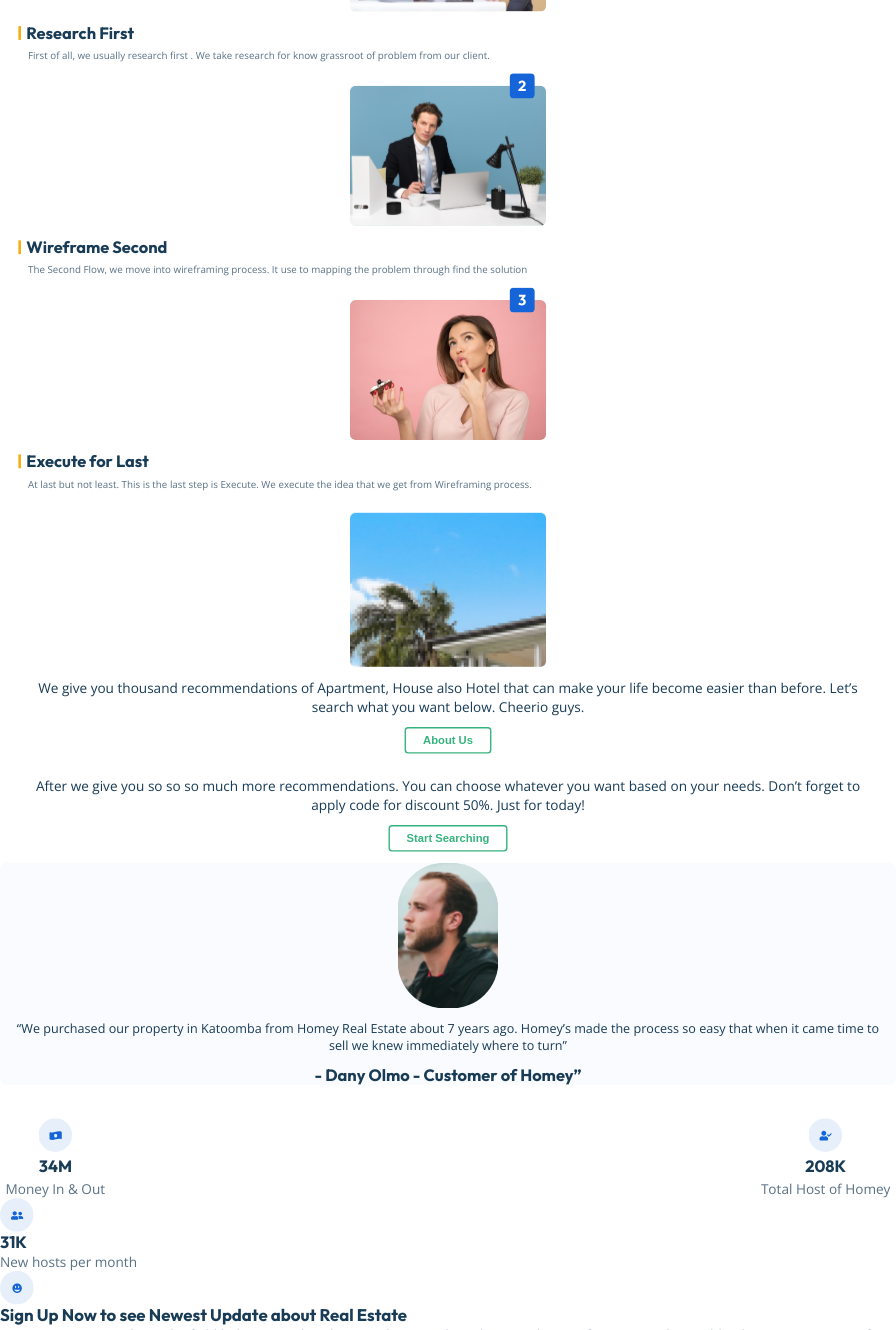
Repository: gustavoRichardt/prova-front
Page: index.html
An editor plug-in stored every save of this project. The page is shown before and after the next save, followed by the edit.
The browser window is 1280 px wide. The pictures show the part of the page from y = 2902 to 4802 px (the page is 5689 px tall before and 5717 px after), at 70% of full size.
A picture or video elsewhere on the page could not be fetched, so the positions and the page height are approximate.

Above is the page before, as saved 2026-09-01 15:05:27.

### index.html
<!DOCTYPE html>
<html lang="en">
<head>
    <meta charset="UTF-8">
    <meta name="viewport" content="width=device-width, initial-scale=1.0">
    <link rel="stylesheet" href="./style.css">


    <link rel="preconnect" href="https://fonts.googleapis.com">
<link rel="preconnect" href="https://fonts.gstatic.com" crossorigin>
<link href="https://fonts.googleapis.com/css2?family=Newsreader:ital,opsz,wght@0,6..72,200..800;1,6..72,200..800&family=Outfit:wght@100..900&family=Plus+Jakarta+Sans:ital,wght@0,200..800;1,200..800&family=Space+Grotesk:wght@300..700&display=swap" rel="stylesheet">


    <link rel="preconnect" href="https://fonts.googleapis.com">
<link rel="preconnect" href="https://fonts.gstatic.com" crossorigin>
<link href="https://fonts.googleapis.com/css2?family=Open+Sans:ital,wght@0,300..800;1,300..800&display=swap" rel="stylesheet">

<title>Document</title>
</head>
<body>

    <!--Cabeçalho-->

    <header class="cabecalho">
        <img src="imagens/logo.svg" alt="Logo da EHYA.">
        <img src="imagens/menu-hamburguer.svg" alt="Menu hambúrguer.">
    </header>

<main>

    <!--Hero-->

    <section class="hero">

        <h1>Best Real Estate Advice for Your Homey</h1>
        <p>We give you thousand recommendations of Apartment,
           House also Hotel that can make your life become easier than before. Let’s search what you want below</p>

            <!--Bloco de Pesquisa-->

            <div class="bloco-pesquisa">

            <div class="lupa-titulo">
                <img src="imagens/lupa-pesquisa.svg" alt="Lupa de pesquisa.">
                <p>Search City, Adress, or Country</p>
            </div>
                <button class="search-now">Search Now</button>
            </div>

        <div class="imagem-casa-hero">
            <img src="imagens/casa-hero.png" alt="Casa moderna na cor branca.">

            <h3>Don’t worry to Fail. We have Experienced with Big Company’s</h3>

        <!--Conjunto de Logos 1-->

        <div class="conjunto-logos1">
            <img src="imagens/logo-slack.svg" alt="Logo da Slack.">
            <img src="imagens/logo-netflix.svg" alt="Logo da Netflix.">
        </div>

        <!--Conjunto de Logos 2-->

        <div class="conjunto-logos2">
            <img src="imagens/logo-fitbit.svg" alt="Logo da Fitbit">
            <img src="imagens/logo-google.svg" alt="Logo do Google.">
        </div>

        <!--Conjunto de Logos 3-->

        <div class="conjunto-logos3">
            <img src="imagens/logo-airbnb.svg" alt="Logo da Airbnb.">
            <img src="imagens/logo-uber.svg" alt="Logo do Uber.">
        </div>
    </section>

        <!--Underline-->

            <div class="underline">
                <img src="imagens/traço-divisao.svg" alt="Underline usado para realizar a divisão das sessões quando necessário.">
            </div>

            <!--About Us-->

    <section class="about-us">

        <div class="about-us-introducao">
            <h3>ABOUT US</h3>
            <h2>Buying or Rent Homey it’s Very Easy. Just like Click, Search & Find </h2>
            <img src="imagens/casa-about-us.svg" alt="Casa minimalista na cor branca.">
        </div>


        <!--Digital Era-->

        <div class="digital-era">
            <h2>We live on Digital Era. We can help you in Our Expertise about Homey</h2>
            <p>Listing more than one? Enjoy full control over your advertisements, manage your entire space.
                Once you list a property on our platform, you only have to sit back and watch the world want it.</p>
        </div>

        <p>If you’re looking for a real estate service that will operate as an extension to your family - stay with us and see!</p>


        <!--Player e See How We Works-->

    <div class="about-us-veja">
        <img src="imagens/player.svg" alt="Símbolo de um player azul
        (como aqueles para continuar um vídeo no Youtube enquanto o mesmo está pausado).">

        <h3>See How We Works</h3>
        <img src="imagens/seta.svg" alt="Símbolo de uma seta azul.">
    </div>

    <!--Parte da Casa Verde-->

    <div class="about-us-casa-verde">
        <img src="imagens/casa-verde-about-us.svg" alt="Foto de um prédio de madeira na cor verde.">
        <h2>Transparent Commission and Payment under Our Trusted License</h2>
        <p>When your Homey Sold, Buyed or Booked with New Guests. You may to have 50% Commission based on Budget Deals.
           So, Don’t Worry brother :)</p>
    </div>

    <!--Lista de Benefícios-->

        <ul>
            <li>
                <img src="imagens/simbolo-check.svg" alt="Símbolo de check na cor verde.">
                <a>100% Trusted</a>
            </li>

            <li>
                <img src="imagens/simbolo-check.svg" alt="Símbolo de check na cor verde.">
                <a>Indomaret Support</a>
            </li>

            <li>
                <img src="imagens/simbolo-check.svg" alt="Símbolo de check na cor verde.">
                <a>LinkAja or Ovo. Bebas</a>
            </li>

            <li>
                <img src="imagens/simbolo-check.svg" alt="Símbolo de check na cor verde.">
                <a>Customer Support 24/7</a>
            </li>

            <li>
                <img src="imagens/simbolo-check.svg" alt="Símbolo de check na cor verde.">
                <a>Get paid quickly</a>
            </li>
        </ul>
    </section>

    <!--Seção How Us Work-->

    <section class="how-us-work">

    <div class="how-us-work-introducao">

        <h2>Do you want to know, How Us Work?</h2>
        <p>Let me show you the flow of our work. We want to transparent to you.
            We believe, you must know what we work for you. We want to educate you what you face today.</p>
    </div>

    <!--Card 1-->

    <div class="how-us-work-passo1">

        <img src="imagens/passo1-how-us-work.svg" alt="Pessoas em volta de um notebook pesquisando sobre um projeto.
        Com um card com o número 1 acima da imagem, simbolizando o primeiro passo.">
    </div>

        <div class="marcador-titulo-passo1">
            <img src="imagens/marcador-amarelo.svg" alt="Marcador amarelo.">
            <h3>Research First</h3>
        </div>

    <div class="p-passo1">
        <p>First of all, we usually research first . We take research for know grassroot of problem from our client.</p>
    </div>

    <!--Card 2-->

    <div class="how-us-work-passo2">

        <img src="imagens/passo2-how-us-work.svg" alt="Homem sentado em sua mesa de trabalho olhando para o horizonte em busca de soluções.
        Com um card com o número 2 acima da imagem, simbolizando o segundo passo.">
    </div>

        <div class="marcador-titulo-passo2">
            <img src="imagens/marcador-amarelo.svg" alt="Marcador amarelo.">
            <h3>Wireframe Second</h3>
        </div>

    <div class="p-passo2">
        <p>The Second Flow, we move into wireframing process. It use to mapping the problem through find the solution</p>
    </div>

    <!--Card 3-->

    <div class="how-us-work-passo3">

        <img src="imagens/passo3-how-us-work.svg" alt="Mulher comendo um doce, simbolizando a etapa final do processo.
         Com um card com o número 3 acima da imagem, simbolizando o terceiro passo.">
    </div>

         <div class="marcador-titulo-passo3">
            <img src="imagens/marcador-amarelo.svg" alt="Marcador amarelo.">
            <h3>Execute for Last</h3>
         </div>

    <div class="p-passo3">
         <p>At last but not least. This is the last step is Execute. We execute the idea that we get from Wireframing process.</p>
    </div>

    <div class="recomendacoes">
        <div class="imagem-recomendacoes">
            <img src="imagens/casa-how-us-work.png" alt="Casa de madeira com dois andares na cor branca.">
        </div>
            <p>We give you thousand recommendations of Apartment, House also Hotel that can make your life become easier than before.
                Let’s search what you want below. Cheerio guys.</p>
    </div>

    <!--Botão About Us-->

    <div class="how-us-work-about-us">
        <button class="button-about-us">About Us</button>

        <p>After we give you so so so much more recommendations.
            You can choose whatever you want based on your needs. Don’t forget to apply code for discount 50%. Just for today!</p>
    </div>

    <!--Botão Start Searching-->

        <button class="start-searching">Start Searching</button>
    </section>

    <!--Dany Olmo-->

    <section class="dany-olmo">

        <img src="imagens/dany-olmo.svg" alt="Foto de rosto de Dany Olmo, Cliente da Homey.">
        <p>“We purchased our property in Katoomba from Homey Real Estate about 7 years ago.
            Homey’s made the process so easy that when it came time to sell we knew immediately where to turn”</p>

        <h3>- Dany Olmo - Customer of Homey”</h3>
    </section>

    <section class="dados">

        <!--Dados-->

    <div class="conjunto-dados1">
        <div class="dinheiro">

            <img src="imagens/dinheiro.svg" alt="Desenho de uma nota de dinheiro.">
            <h3>34M</h3>
            <p>Money In & Out</p>
        </div>

        <div class="total-hospedeiros">

            <img src="imagens/total-hospedeiros.svg" alt="Desenho de uma pessoa com um símbolo de chech do lado.">
            <h3>208K</h3>
            <p>Total Host of Homey</p>
        </div>
    </div>

        <div class="novos-hospedeiros">

            <img src="imagens/novos-hospedeiros.svg" alt="Duas pessoas lado a lado.">
            <h3>31K</h3>
            <p>New hosts per month</p>
        </div>

        <div class="clientes-felizes">

            <img src="imagens/clientes-felizes.svg" alt="Desenho de uma carinha com um sorriso.">
        </div>
    </section>

    <!--Cadastre-se-->

    <section class="cadastre-se">

        <h2>Sign Up Now to see Newest Update about Real Estate</h2>
        <p>Just insert your email into the field below. You already can to know update about Real Estate from entire the world.
            What are you waiting for?</p>

        <button class="email">
            <p>Your email</p>
            <img src="imagens/email.svg" alt="Símbolo da caixa de entrada do email.">
        </button>

        <p>You can Unsubsribe anytime when you feels our notif is diturbing</p>
    </section>

</main>

    <footer class="rodape">

        <!--Rodapé-->

        <ul class="rodape-product">
            <p>Product</p>
            <li><a>Landingpage</a></li>
            <li><a>Features</a></li>
            <li><a>Documentation</a></li>
            <li><a>Referral Program</a></li>
            <li><a>Pricing</a></li>
        </ul>

        <ul class="rodape-services">
            <p>Services</p>
            <li><a>Documentation</a></li>
            <li><a>Design</a></li>
            <li><a>Themes</a></li>
            <li><a>Illustrations</a></li>
            <li><a>UI Kit</a></li>
        </ul>

        <ul class="rodape-company">
            <p>Company</p>
            <li><a>About</a></li>
            <li><a>Terms</a></li>
            <li><a>Privacy Policy</a></li>
            <li><a>Careers</a></li>
        </ul>

        <ul class="rodape-more">
            <p>More</p>
            <li><a>Documentation</a></li>
            <li><a>License</a></li>
            <li><a>Changelog</a></li>
        </ul>

        <!--Final do Rodapé-->

        <img src="imagens/logo.svg" alt="Logo da EHYA.">
        <p>Build a modern and creative website with crealand</p>
        <img src="imagens/logo-redes-sociais.svg">

    </footer>

</body>
</html>

### style.css
*{
    box-sizing: border-box;
    margin: 0;
    padding: 0;
}

html, body {
    width: 100%;
    max-width: 100vw;
    overflow-x: hidden;
}

img {
    max-width: 100%;
    height: auto;
    display: block;
}

h1 {
    font-family: "Outfit", sans-serif;
    color: #183B56;
    text-align: center;
    margin-top: 3rem;
    margin-bottom: 2rem;

    font-size: clamp(2rem, 1.5714rem + 2.1429vw, 3.5rem);
}

h2 {
    color: #183B56;
    font-family: "Outfit", sans-serif;
}

h3 {
    font-family: "Outfit", sans-serif;
    color: #183B56;

    font-size: clamp(1.25rem, 1.1786rem + 0.3571vw, 1.5rem);
}

p {
    font-family: "Open Sans", sans-serif;
    color: #5A7184;

    font-size: clamp(1rem, 0.9286rem + 0.3571vw, 1.25rem);
}

/*Cabeçalho*/

.cabecalho {
    display: flex;
    justify-content: space-between;
    margin: 1rem;
}

/*Hero*/

.hero p {
    margin-left: 1rem;
    margin-right: 1rem;
    text-align: center;
}

.bloco-pesquisa {
    border-radius: 10px;
    background-color: white;
}

.lupa-titulo {
    display: flex;
    margin-top: 2rem;
    justify-content: center;
}

.search-now {
    background-color: #1565D8;
    color: white;
    display: block;
    margin: 0 auto;
    border: none;
    border-radius: 5px;
    margin-top: 1rem;
    margin-bottom: 1rem;

    font-size: clamp(1rem, 0.9643rem + 0.1786vw, 1.125rem);

    padding-top: 1rem;
    padding-bottom: 1rem;
    padding-left: 6rem;
    padding-right: 6rem;
}

.hero h3 {
    margin-left: 1rem;
    margin-right: 1rem;
    margin-bottom: 2rem;
    margin-top: 2rem;

    text-align: center;
}

.conjunto-logos1 {
    display: flex;
    gap: 3rem;
    justify-content: space-around;
    margin-left: 1rem;
    margin-right: 1rem;
    margin-bottom: 2rem;

}

.conjunto-logos2 {
    display: flex;
    gap: 3rem;
    justify-content: space-around;
    margin-left: 1rem;
    margin-right: 1rem;
    margin-bottom: 2rem;
}

.conjunto-logos3 {
    display: flex;
    gap: 3rem;
    justify-content: space-around;
    margin-left: 1rem;
    margin-right: 1rem;
    margin-bottom: 2rem;
}

.underline {
    margin-top: 2rem;
    margin-bottom: 3rem;
    display: flex;
    justify-content: center;
}

/*About Us*/

.about-us-introducao h3 {
    color: #36B37E;
    display: flex;
    justify-content: center;
    margin-bottom: 1rem;

    text-align: center;

    font-size: clamp(0.875rem, 0.875rem + 0vw, 0.875rem);
}

.about-us-introducao h2 {
    font-size: clamp(1.75rem, 1.6071rem + 0.7143vw, 2.25rem);
    font-family: "Outfit", sans-serif;
    color: #183B56;
    text-align: center;
    margin-bottom: 1rem;
    margin-left: 1rem;
    margin-right: 1rem;

    font-weight: 400;
}

.about-us-introducao img {
    display: block;
    margin: 0 auto;
    margin-bottom: 2rem;
}

.digital-era h2 {
    font-size: clamp(1.5rem, 1.3571rem + 0.7143vw, 2rem);

    text-align: center;
    margin-left: 1.25rem;
    margin-right: 1.25rem;
    margin-bottom: 2rem;
}

.digital-era p {
    margin-bottom: 1rem;
    text-align: center;
}

.about-us p {
    text-align: center;
    margin-left: 1.5rem;
    margin-right: 1.5rem;
}

.about-us-veja {
    display: flex;
    justify-content: center;
    margin-top: 1rem;
    margin-bottom: 3rem;
    gap: 0.5rem;
}

.about-us-veja h3 {
    margin-top: 0.3rem;
    color:#1565D8;
    text-align: center;
}

.about-us-casa-verde img {
    display: block;
    margin: 0 auto;
}

.about-us-casa-verde h2 {
    text-align: center;
    margin-top: 2rem;
    margin-bottom: 1rem;
}

.about-us-casa-verde p {
    margin-left: 1.25rem;
    margin-right: 1.25rem;

    margin-bottom: 2rem;
}

.about-us ul {
    font-family: "Open Sans", sans-serif;
    color: #183B56;
    text-decoration: none;
    font-size: clamp(1rem, 1rem + 0vw, 1rem);
}

.about-us li {
    display: flex;
    justify-content: center;
    margin-bottom: 1rem;
    gap: 0.5rem;
}

/*How Us Work*/

.how-us-work h2 {
    font-size: clamp(1.75rem, 1.6071rem + 0.7143vw, 2.25rem);
    text-align: center;
    margin-bottom: 1rem;
}

.how-us-work p {
    color: #183B56;
    margin-left: 1.25rem;
    margin-right: 1.25rem;
    text-align: center;

    margin-bottom: 1rem;
}

/*Card 1*/

.how-us-work-passo1 img {
    display: block;
    margin: 0 auto;
}

.marcador-titulo-passo1 {
    display: flex;
    gap: 0.5rem;

    margin-top: 1rem;
    margin-bottom: 0.5rem;
    margin-left: 1.6rem;
}

.p-passo1 p {
    text-align: left;
    margin-left: 2.5rem;
    font-size: clamp(0.875rem, 0.875rem + 0vw, 0.875rem);
    color: #5A7184;
}

/*Card 2*/

.how-us-work-passo2 img {
    display: block;
    margin: 0 auto;
}

.marcador-titulo-passo2 {
    display: flex;
    gap: 0.5rem;

    margin-top: 1rem;
    margin-bottom: 0.5rem;
    margin-left: 1.6rem;
}

.p-passo2 p {
    text-align: left;
    margin-left: 2.5rem;
    font-size: clamp(0.875rem, 0.875rem + 0vw, 0.875rem);
    color: #5A7184;
}

/*Card 3*/

.how-us-work-passo3 img {
    display: block;
    margin: 0 auto;
}

.marcador-titulo-passo3 {
    display: flex;
    gap: 0.5rem;

    margin-top: 1rem;
    margin-bottom: 0.5rem;
    margin-left: 1.6rem;
}

.p-passo3 p {
    text-align: left;
    margin-left: 2.5rem;
    margin-bottom: 2rem;
    font-size: clamp(0.875rem, 0.875rem + 0vw, 0.875rem);
    color: #5A7184;
}

.recomendacoes img {
    display: block;
    margin: 0 auto;
    margin-bottom: 1rem;
}

.recomendacoes p {
    margin-left: 1.5rem;
    margin-right: 1.5rem;
}

.button-about-us {
    border-radius: 5px;
    border: 2px solid #36B37E;
    background-color: white;
    color: #36B37E;
    font-weight: bolder;

    padding-left: 1.5rem;
    padding-right: 1.5rem;
    padding-bottom: 0.5rem;
    padding-top: 0.5rem;

    font-size: 16px;

    display: block;
    margin: 0 auto;
}

.how-us-work-about-us p {
    margin-top: 2rem;
    margin-left: 1.75rem;
    margin-right: 1.75rem;
}

.start-searching {
    border-radius: 5px;
    border: 2px solid #36B37E;
    background-color: white;
    color: #36B37E;
    font-weight: bolder;

    padding-left: 1.5rem;
    padding-right: 1.5rem;
    padding-bottom: 0.5rem;
    padding-top: 0.5rem;

    font-size: 16px;

    display: block;
    margin: 0 auto;
    margin-bottom: 1rem;
}

/*Dany Olmo*/

.dany-olmo {
    border-radius: 10px;
    background-color: #F9FBFE;
}

.dany-olmo img {
    display: block;
    margin: 0 auto;
    margin-bottom: 1rem;
}

.dany-olmo p {
    margin-left: 1.5rem;
    margin-right: 1.5rem;
    margin-bottom: 1rem;

    color: #183B56;
    font-size: 18px;
    font-weight: 350;
    text-align: center;
}

.dany-olmo h3 {
    text-align: center;
}

/*Dados*/

/*Dinheiro e Hospedeiros*/

.dinheiro {
    margin-top: 3rem;
    display: flex;
    flex-direction: column;
    gap: 5px;
    align-items: center;
}

.dinheiro img {
    width: 48px;
    height: 48px;
}

.dinheiro h3 {
    font-size: ;
}

.total-hospedeiros {
    margin-top: 3rem;
    display: flex;
    flex-direction: column;
    gap: 5px;
    align-items: center;
}

.total-hospedeiros img {
    width: 48px;
    height: 48px;
}

.conjunto-dados1 {
    display: flex;
   justify-content: space-between;
   margin-left: 0.5rem;
   margin-right: 0.5rem;
}

### imagens/menu-hamburguer.svg
<svg width="24" height="24" viewBox="0 0 24 24" fill="none" xmlns="http://www.w3.org/2000/svg">
<path d="M21.9102 18.4971C22.5121 18.4972 23 18.9893 23 19.5967C23 20.2041 22.5121 20.6962 21.9102 20.6963H2.08984C1.48792 20.6962 1 20.2041 1 19.5967C1.00002 18.9893 1.48793 18.4972 2.08984 18.4971H21.9102ZM21.9102 10.748C22.5121 10.7482 23 11.2412 23 11.8486C22.9999 12.4559 22.512 12.9481 21.9102 12.9482H2.08984C1.48801 12.9481 1.00014 12.4559 1 11.8486C1 11.2412 1.48792 10.7482 2.08984 10.748H21.9102ZM21.9102 3C22.512 3.00013 22.9998 3.49236 23 4.09961C23 4.70704 22.5121 5.20006 21.9102 5.2002H2.08984C1.48792 5.20006 1 4.70704 1 4.09961C1.00021 3.49236 1.48805 3.00013 2.08984 3H21.9102Z" fill="#3A4C66"/>
</svg>

### imagens/lupa-pesquisa.svg
<svg width="19" height="19" viewBox="0 0 19 19" fill="none" xmlns="http://www.w3.org/2000/svg">
<path d="M17.7539 15.5742L14.2383 12.0586C14.0625 11.918 13.8516 11.8125 13.6406 11.8125H13.0781C14.0273 10.582 14.625 9.03516 14.625 7.3125C14.625 3.30469 11.3203 0 7.3125 0C3.26953 0 0 3.30469 0 7.3125C0 11.3555 3.26953 14.625 7.3125 14.625C9 14.625 10.5469 14.0625 11.8125 13.0781V13.6758C11.8125 13.8867 11.8828 14.0977 12.0586 14.2734L15.5391 17.7539C15.8906 18.1055 16.418 18.1055 16.7344 17.7539L17.7188 16.7695C18.0703 16.4531 18.0703 15.9258 17.7539 15.5742ZM7.3125 11.8125C4.81641 11.8125 2.8125 9.80859 2.8125 7.3125C2.8125 4.85156 4.81641 2.8125 7.3125 2.8125C9.77344 2.8125 11.8125 4.85156 11.8125 7.3125C11.8125 9.80859 9.77344 11.8125 7.3125 11.8125Z" fill="#5A7184"/>
</svg>

### imagens/traço-divisao.svg
<svg width="281" height="1" viewBox="0 0 281 1" fill="none" xmlns="http://www.w3.org/2000/svg">
<path d="M0.5 0.5H280.5" stroke="#E5EAF4" stroke-linecap="square"/>
</svg>

### imagens/player.svg
<svg width="37" height="37" viewBox="0 0 37 37" fill="none" xmlns="http://www.w3.org/2000/svg">
<g opacity="0.2">
<path fill-rule="evenodd" clip-rule="evenodd" d="M18.375 36.375C28.3161 36.375 36.375 28.3161 36.375 18.375C36.375 8.43387 28.3161 0.375 18.375 0.375C8.43387 0.375 0.375 8.43387 0.375 18.375C0.375 28.3161 8.43387 36.375 18.375 36.375Z" stroke="#1565D8" stroke-width="0.75"/>
</g>
<rect x="4.875" y="4.875" width="27" height="27" rx="13.5" fill="#1565D8"/>
<path d="M24.3438 18.5039C25.1914 19.0234 25.1914 20.2539 24.3438 20.7734L14.7188 26.4609C13.8438 26.9805 12.75 26.3516 12.75 25.3125V13.9375C12.75 12.8164 13.9258 12.3516 14.7188 12.8164L24.3438 18.5039Z" fill="white"/>
</svg>

### imagens/seta.svg
<svg width="13" height="13" viewBox="0 0 13 13" fill="none" xmlns="http://www.w3.org/2000/svg">
<path d="M5.19531 0.847656L5.79688 0.246094C6.07031 0 6.48047 0 6.72656 0.246094L12.0586 5.55078C12.3047 5.82422 12.3047 6.23438 12.0586 6.48047L6.72656 11.8125C6.48047 12.0586 6.07031 12.0586 5.79688 11.8125L5.19531 11.2109C4.94922 10.9375 4.94922 10.5273 5.19531 10.2539L8.50391 7.10938H0.65625C0.273438 7.10938 0 6.83594 0 6.45312V5.57812C0 5.22266 0.273438 4.92188 0.65625 4.92188H8.50391L5.19531 1.80469C4.94922 1.53125 4.92188 1.12109 5.19531 0.847656Z" fill="#1565D8"/>
</svg>

### imagens/simbolo-check.svg
<svg width="15" height="12" viewBox="0 0 15 12" fill="none" xmlns="http://www.w3.org/2000/svg">
<g id="Icon">
<path id="Icon_2" d="M5.09764 10.957L0.205078 6.09374C0.0683591 5.95702 0 5.78124 0 5.56639C0 5.35155 0.0683591 5.17577 0.205078 5.03905L1.28906 3.98437C1.42578 3.82812 1.59668 3.75 1.80175 3.75C2.00683 3.75 2.1875 3.82812 2.34374 3.98437L5.62499 7.26561L12.6562 0.234374C12.8125 0.078125 12.9931 0 13.1982 0C13.4033 0 13.5742 0.078125 13.7109 0.234374L14.7949 1.28906C14.9316 1.42578 15 1.60156 15 1.8164C15 2.03125 14.9316 2.20703 14.7949 2.34374L6.15233 10.957C6.01561 11.1133 5.83983 11.1914 5.62499 11.1914C5.41014 11.1914 5.23436 11.1133 5.09764 10.957Z" fill="#36B37E"/>
</g>
</svg>

### imagens/marcador-amarelo.svg
<svg width="4" height="20" viewBox="0 0 4 20" fill="none" xmlns="http://www.w3.org/2000/svg">
<rect width="4" height="20" rx="1" fill="#FAAD13"/>
</svg>

Loaded but not shown: imagens/logo-fitbit.svg (13 lines, source omitted); imagens/logo-airbnb.svg (3 lines, source omitted); imagens/logo-redes-sociais.svg (32 lines, source omitted); imagens/logo-slack.svg (15 lines, source omitted); imagens/logo.svg (10 lines, source omitted); imagens/logo-google.svg (8 lines, source omitted); imagens/logo-uber.svg (6 lines, source omitted); imagens/passo3-how-us-work.svg (16 lines, source omitted); imagens/logo-netflix.svg (3 lines, source omitted); imagens/passo2-how-us-work.svg (16 lines, source omitted); imagens/clientes-felizes.svg (4 lines, source omitted); imagens/novos-hospedeiros.svg (4 lines, source omitted); imagens/total-hospedeiros.svg (4 lines, source omitted); imagens/dinheiro.svg (4 lines, source omitted); imagens/dany-olmo.svg (14 lines, source omitted)

After the next save:
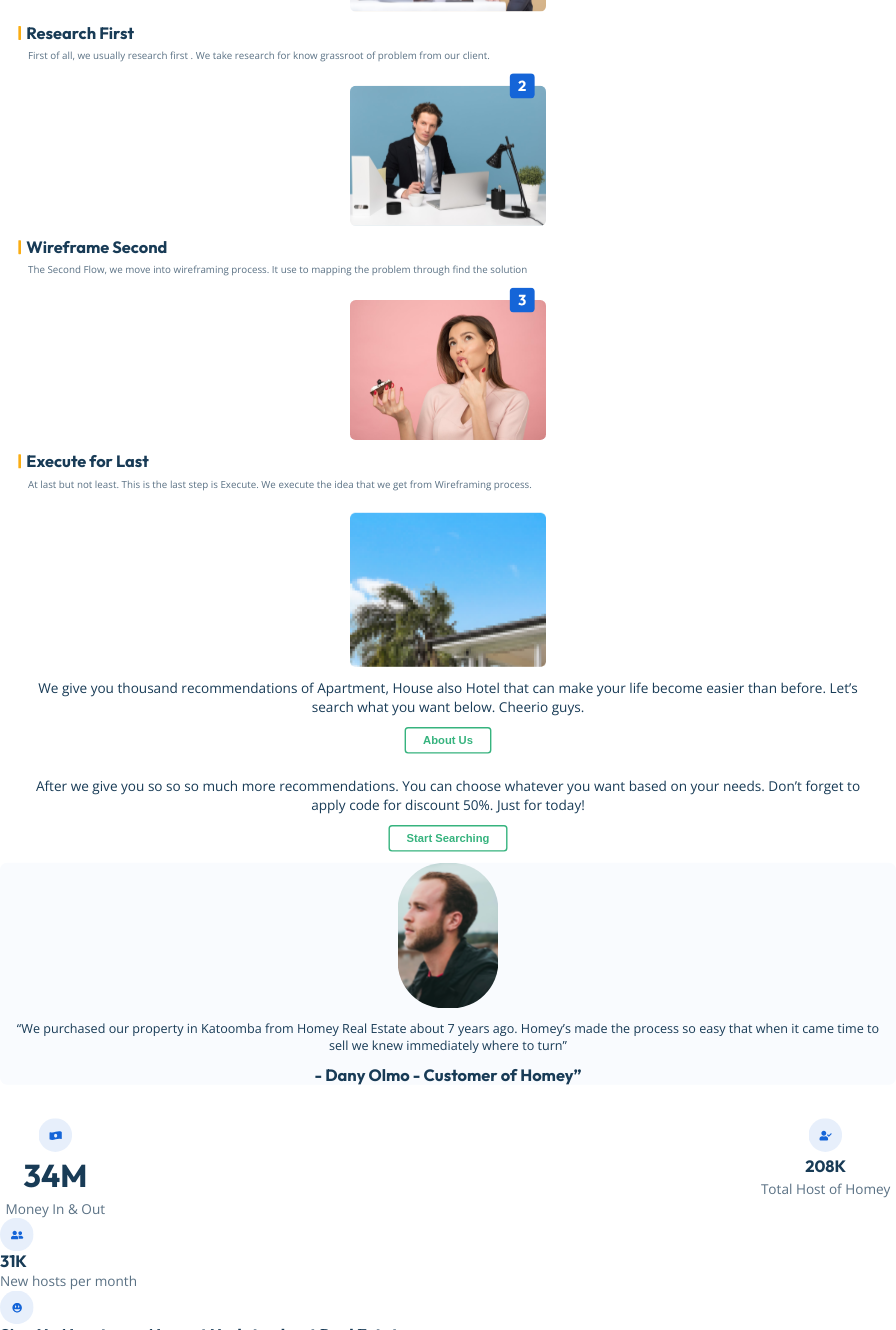
Saved 75 s later.
--- a/style.css
+++ b/style.css
@@ -418,7 +418,7 @@
 }
 
 .dinheiro h3 {
-    font-size: ;
+    font-size: clamp(1.75rem, 1.3929rem + 1.7857vw, 3rem);
 }
 
 .total-hospedeiros {
